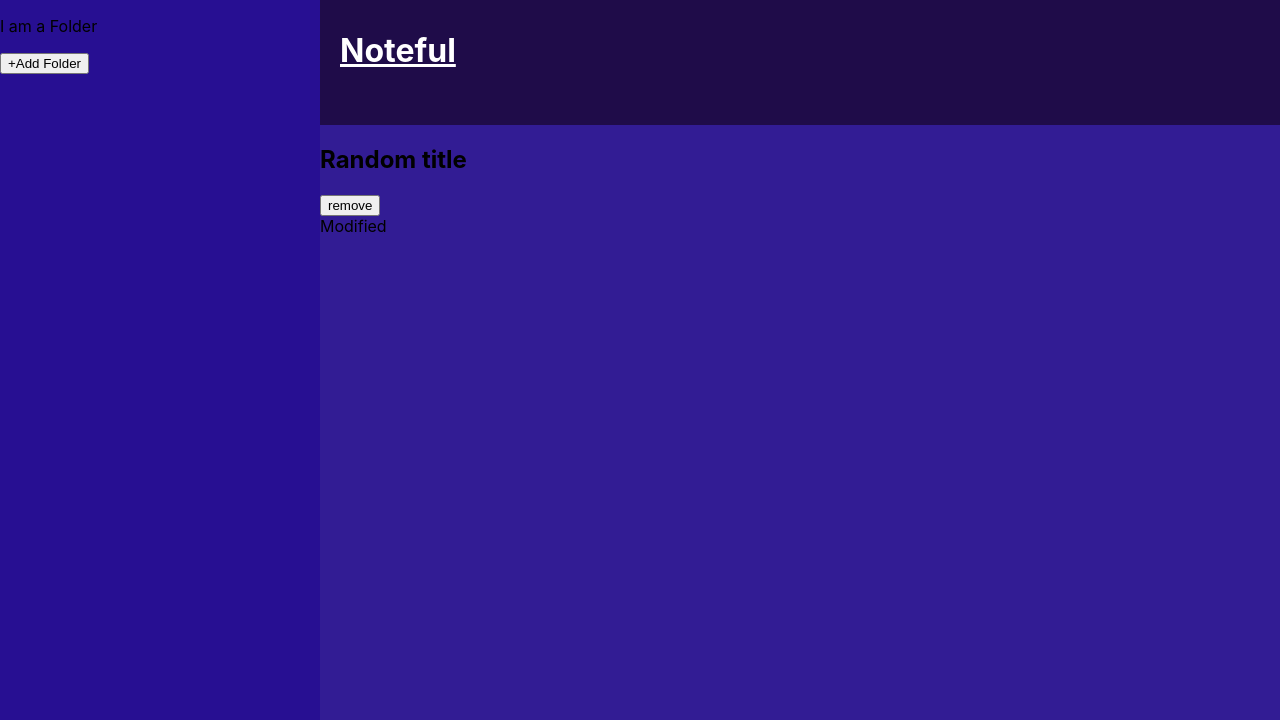
Repository: thinkful-ei-macaw/noteful-agatha-curtis
Page: /
The author's editor kept a copy of each file at every save. The page is drawn from the files as they stood at one save, then again after the next save.
The browser window is 1280 px wide. The pictures show the whole page.
The project was rebuilt for these pictures with package versions that can differ from the ones it lists, and the page was loaded fresh each time.

Above is the page before, as saved 2020-03-10 13:13:34.

### public/index.html
<!DOCTYPE html>
<html lang="en">
  <head>
    <meta charset="utf-8" />
    <link rel="icon" href="%PUBLIC_URL%/favicon.ico" />
    <meta name="viewport" content="width=device-width, initial-scale=1" />
    <meta name="theme-color" content="#000000" />
    <meta
      name="description"
      content="Web site created using create-react-app"
    />
    <link rel="apple-touch-icon" href="%PUBLIC_URL%/logo192.png" />
    <!--
      manifest.json provides metadata used when your web app is installed on a
      user's mobile device or desktop. See https://developers.google.com/web/fundamentals/web-app-manifest/
    -->
    <link rel="manifest" href="%PUBLIC_URL%/manifest.json" />
    <!--
      Notice the use of %PUBLIC_URL% in the tags above.
      It will be replaced with the URL of the `public` folder during the build.
      Only files inside the `public` folder can be referenced from the HTML.

      Unlike "/favicon.ico" or "favicon.ico", "%PUBLIC_URL%/favicon.ico" will
      work correctly both with client-side routing and a non-root public URL.
      Learn how to configure a non-root public URL by running `npm run build`.
    -->
    <title>Noteful React</title>
  </head>
  <body>
    <noscript>You need to enable JavaScript to run this app.</noscript>
    <div id="root"></div>
    <!--
      This HTML file is a template.
      If you open it directly in the browser, you will see an empty page.

      You can add webfonts, meta tags, or analytics to this file.
      The build step will place the bundled scripts into the <body> tag.

      To begin the development, run `npm start` or `yarn start`.
      To create a production bundle, use `npm run build` or `yarn build`.
    -->
  </body>
</html>

### src/App.js
import React, {Component} from 'react';
import './App.css';
import Header from './Component/Header';
import Note from './Component/Note';
import Folder from './Component/Folder';



class App extends Component {
  state = {
    notes: [],
    folders: [],
  };





render(){
    return (
      <main id='main'>
        <div className='Header'>
          <Header />
        </div>
        <div className='Folder'>
          <Folder/>
        </div>
        <div className='Note'>
          <Note />
        </div>
        <div>

        </div>
      </main>
    );
  }
}

export default App;

### src/App.css
.App {
  text-align: center;
}

* {
  box-sizing: border-box;
}

#main {
  display: grid;
  grid-template-areas:
  "nav header"
  "nav main";
  grid-template-columns: 25% 75%;
  grid-template-rows: 125px 1fr;
  overflow: auto;
  height: calc(100vh);
}

.Header {
  background-color: rgb(31, 12, 73);
  width: 100%;
  grid-area: header;
}

.Folder {
  background-color: #270f92;
  grid-area: nav;
}

.Note {
  background-color: #321c94;
  grid-area: main;
}

### src/Component/Header.js
import React,{Component} from 'react';
import './Header.css'

class Header extends Component {
  render(){
    return (
     <header className="app-header">
      <h1><a href='#'>Noteful</a></h1>
      </header>
    )
  };
}



export default Header;

### src/Component/Note.js
import React from 'react'
//import { Link } from 'react-router-dom'
import './Note.css'

export default function Note(props) {
  return (
    <div className='Note'>
      <h2 className='Note__title'>
        Random title
      </h2>
      <button className='Note__delete' type='button'>
        remove
      </button>
      <div className='Note__dates'>
        <div className='Note__dates-modified'>
          Modified
          <span className='Date'>

          </span>
        </div>
      </div>
    </div>
  )
}

### src/Component/Folder.js
import React,{Component} from 'react';
import './Folder.css';
import AddFolder from './Button/AddFolder';


export default class Folder extends Component {


     render(){
         return(
             <div>
             <p className= "folder-js">I am a Folder</p>
             <div><AddFolder/></div>
             </div>
         );
     }
}

### src/Component/Header.css


h1 {
    color: white;
    padding: 10px 5px 5px 20px;
  }

a:link, a:visited, a:active {
    color: white;
}

a:hover {
    color: rgb(56, 135, 240)
}

### src/Component/Folder.css
.folder-js {
    grid-row-start: 2;
    grid-row-end: 2;
    grid-column-start: 1;
    grid-column-end: 1;
}

### src/Component/Button/AddFolder.js
import React, {Component} from 'react';
import './AddFolder.css'

export default class AddFolder extends Component {
    render(){
        return(
                <section className='adding-folder'>
                    <button className='add-folder-btn' type='button'>
                        +Add Folder
                    </button>
                </section>
        )
    }
}

### src/Component/Note.css
.Note__container {
    padding-left: 20px;
    background-color: rgb(31, 12, 73);
}

Loaded but not shown: src/index.js (common file); src/index.css (common file); src/Component/Button/AddFolder.css (no stored copy; drawn as an empty file)

After the next save:
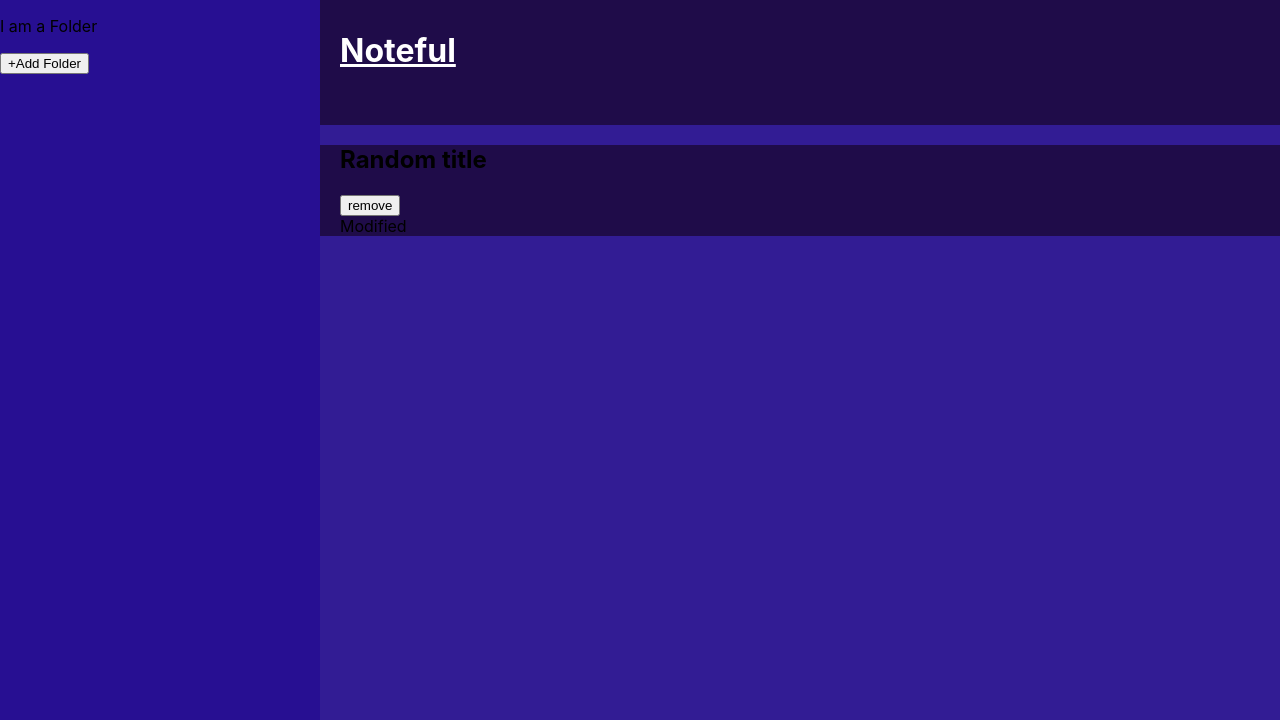
Saved 5 s later.
--- a/src/Component/Note.js
+++ b/src/Component/Note.js
@@ -4,7 +4,7 @@
 
 export default function Note(props) {
   return (
-    <div className='Note'>
+    <div className='Note__container'>
       <h2 className='Note__title'>
         Random title
       </h2>
